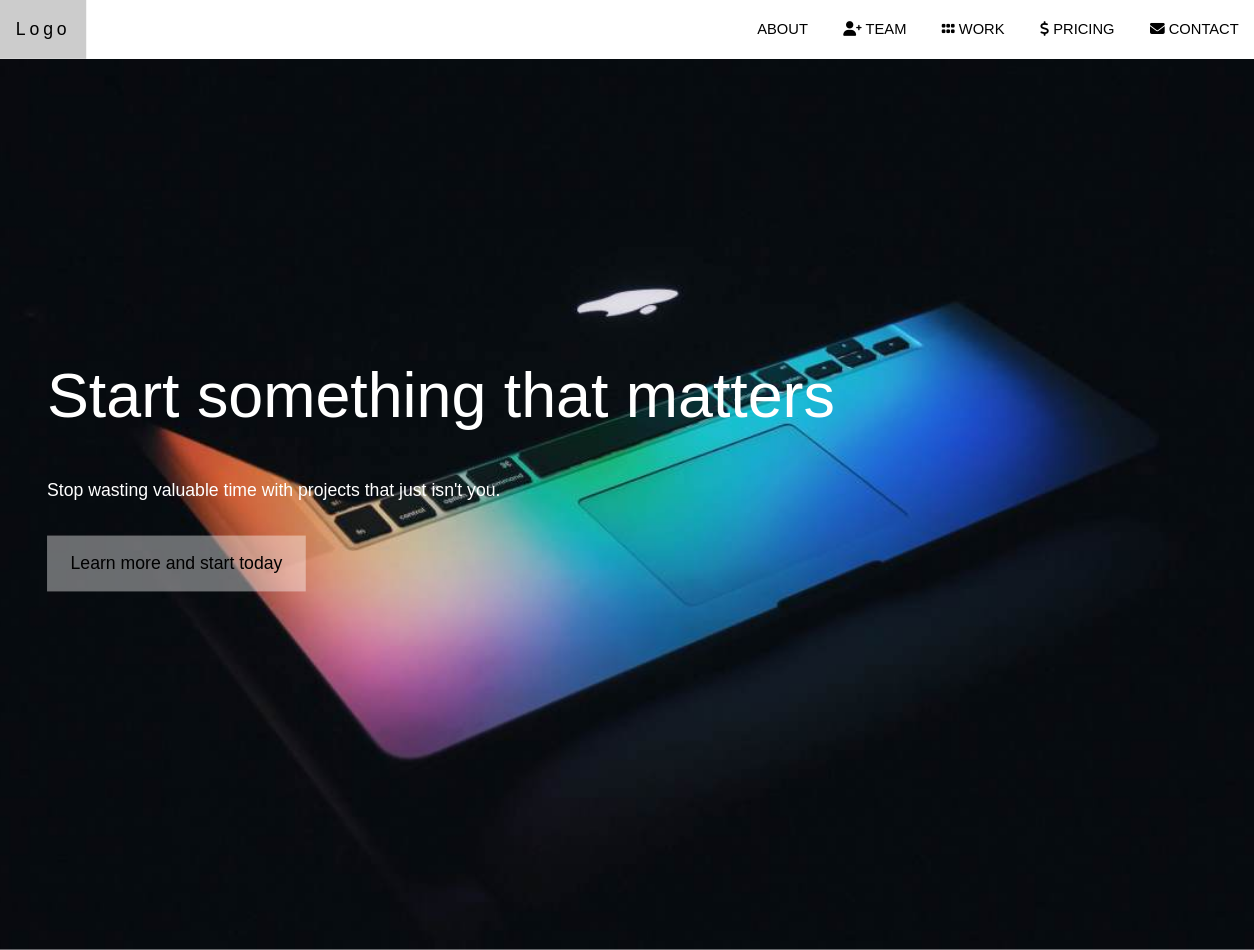
Repository: husterDC/Test
Page: index.html
These files come from the project's save history. The page is drawn as it stood at one moment and after a run of saves; the edit follows.
The browser window is 1280 px wide. The pictures show the whole page, at 98% of full size.

Above is the page before, as saved 2022-10-13 10:20:07.

### index.html
<!DOCTYPE html>
<html lang="en">
<head>
    <meta charset="UTF-8">
    <meta http-equiv="X-UA-Compatible" content="IE=edge">
    <meta name="viewport" content="width=device-width, initial-scale=1.0">
    <title>Document</title>
    <link rel="stylesheet" href="./assets/style.css">
    <link rel="stylesheet" href="./assets/css/responsive.css">
    <link rel="stylesheet" href="./fonts/themify-icons/themify-icons.css">
    <link rel="stylesheet" href="./assets/fontawesome-free-6.1.1-web/css/all.min.css">
</head>
</head>
<body>
    <div class="header">
        <div class="header_logo">
            <a href="" class="header_logo-link">Logo</a>
        </div>
        <div class="header_nav">
            <ul class="header_nav-menu">
                <li class="header_nav-item">

                    <a href="" class="header_nav-link">ABOUT</a>
                </li>
                <li class="header_nav-item">
                    <a href="" class="header_nav-link">
                        <i class="header_nav-icon header-nav_icon fa-solid fa-user-plus"></i>
                        TEAM
                    </a>
                </li>
                <li class="header_nav-item">
                    <a href="" class="header_nav-link">
                        <i class="fa-solid fa-grip"></i>
                        WORK
                    </a>
                </li>
                <li class="header_nav-item">
                    <a href="" class="header_nav-link">
                        <i class="header_nav-icon fa-solid fa-dollar-sign"></i>
                        PRICING
                    </a>
                </li>
                <li class="header_nav-item">
                    <a href="" class="header_nav-link">
                        <i class="header_nav-icon fa-solid fa-envelope"></i>
                        CONTACT
                    </a>
                </li>
            </ul>
        </div>
    </div>
    <div class="slider">
        <div class="slider_content">
            <div class="slider_title">Start something that matters</div>
            <div class="slider_dec">Stop wasting valuable time with projects that just isn't you.</div>
            <a href="" class="slider_link">
                <button class="slider_btn">Learn more and start today</button>
            </a>
        </div>
        <div class="slider_social">
            <a href="" class="slider_social-link"><i class="slider_social-icon fa-brands fa-facebook"></i></a>
            <a href="" class="slider_social-link"><i class="slider_social-icon fa-brands fa-instagram"></i></a>
            <a href="" class="slider_social-link"><i class="slider_social-icon fa-brands fa-snapchat"></i></a>
            <a href="" class="slider_social-link"><i class="slider_social-icon fa-brands fa-pinterest-p"></i></a>
            <a href="" class="slider_social-link"><i class="slider_social-icon fa-brands fa-twitter"></i></a>
            <a href="" class="slider_social-link"><i class="slider_social-icon fa-brands fa-linkedin-in"></i></a>
        </div>
    </div>
</body>
</html>

### assets/style.css
* {
    padding: 0;
    margin: 0;
    box-sizing: border-box;
}
html {

    scroll-behavior: smooth;
    font-family: Arial, Helvetica, sans-serif;
}
.white-text {
    color: #fff;
}
.clear {
    clear: both;
}
.header {
    height: 60px;
    width: 100%;
    font-size: 15px;
    background-color: #fff;
    display: flex;
    align-items: center;
    position: fixed;
    z-index: 2;
}
.header_logo {
    flex: 1;
    font-size: 18px;
    letter-spacing: 4px;
    font-weight: 50;
}
.header_logo-link {
    position: absolute;
    left: 0;
    top: 50%;
    transform: translateY(-50%);
    padding: 0 16px;
    text-align: center;
    line-height: 60px;

}
.header_nav-menu {
    position: absolute;
    right: 0;
    top: 50%;
    transform: translateY(-50%);
    text-align: center;
}
.header_nav-item {
    line-height: 60px;
    display: inline-block;
    margin: 0;
    padding: 0 16px;
}
.header_logo-link,
.header_nav-link {
    text-decoration: none;
    color: #000;
}
.header_logo-link:hover,
.header_nav-item:hover {
    background-color: #ccc;
    cursor: pointer;
}
.slider {
    position: relative;
    padding-top: 50%;
    height: 969px;
    background: url('./img/mac.jpg') top center / cover no-repeat;
    color: #fff;
    font-size: 18px;
    padding: 0 48px;
}
.slider_content {
    position: absolute;
    top: 50%;
    transform: translateY(-50%);
}
.slider_title {
    font-size: 64px;
    margin-bottom: 50px;
}
.slider_dec {
    margin: 15px 0;
}
.slider_btn {
    background-color: rgba(256,256,256, 0.4);
    font-size: 18px;
    border: none;
    padding: 18px 24px;
    margin-top: 20px;
}

Loaded but not shown: fonts/themify-icons/themify-icons.css (common file); assets/fontawesome-free-6.1.1-web/css/all.min.css (library); assets/responsive.css (no copy from this time; the picture is the same without it)

After the next 2 saves:
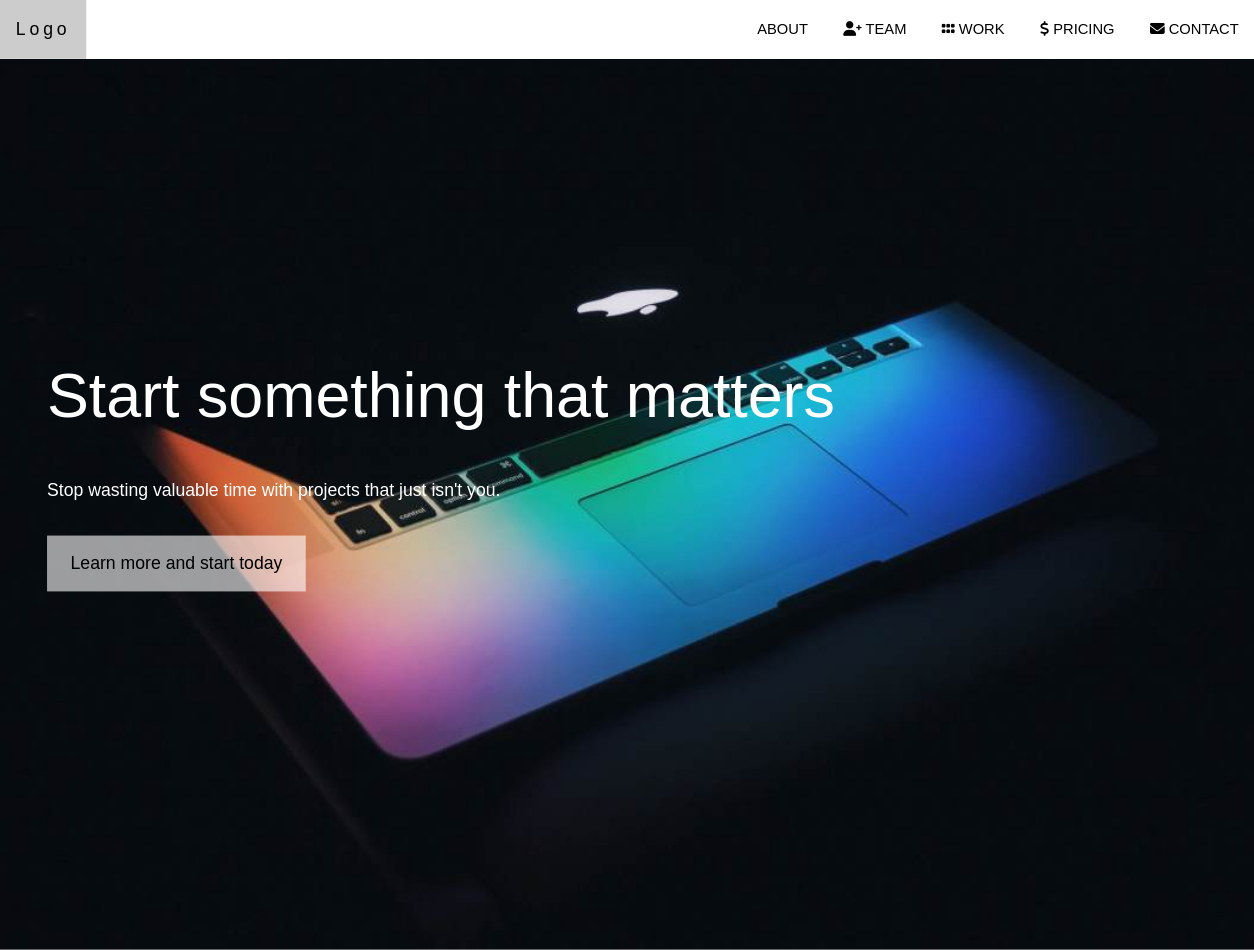
The 2 saves are shown as one change because they came seconds apart.
The last was saved 112 s later.
--- a/assets/style.css
+++ b/assets/style.css
@@ -85,9 +85,12 @@
     margin: 15px 0;
 }
 .slider_btn {
-    background-color: rgba(256,256,256, 0.4);
+    background-color: rgba(256,256,256, 0.6);
     font-size: 18px;
     border: none;
     padding: 18px 24px;
     margin-top: 20px;
 }
+.slider_btn:hover {
+    background-color: #ccc;
+}
